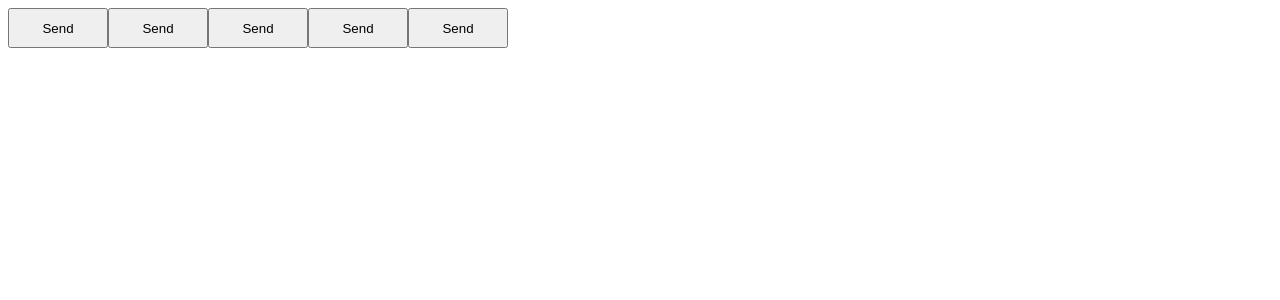
Repository: JoseGu1llardi/ignite-timer
Page: /
These files come from the project's save history. The page is drawn as it stood at one moment and after the next save; the edit follows.
The browser window is 1280 px wide. The pictures show the whole page.
The project was rebuilt for these pictures with package versions that can differ from the ones it lists, and the page was loaded fresh each time. Also part of the build but not shown: vite.config.ts.

Above is the page before, as saved 2023-03-17 11:38:18.

After the next save:
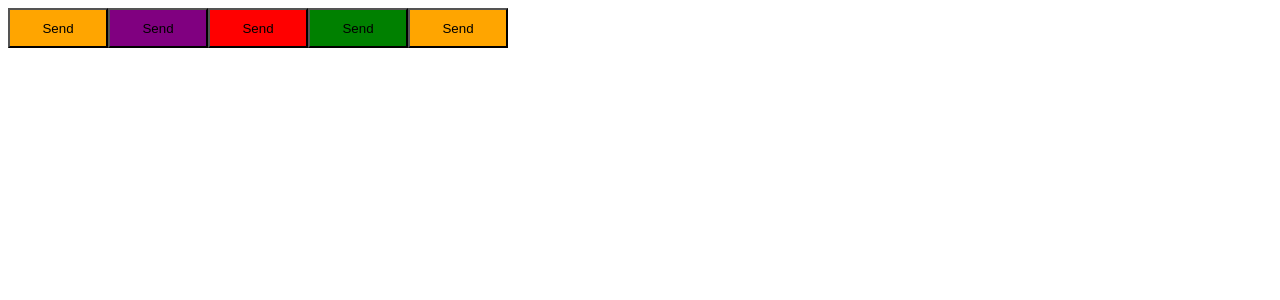
Saved 8 min 24 s later.
--- a/src/components/Button.syles.ts
+++ b/src/components/Button.syles.ts
@@ -6,7 +6,18 @@
   variant: ButonVariant;
 }
 
+const buttonVariants = {
+  primary: "orange",
+  secondary: "purple",
+  danger: "red",
+  success: "green",
+}
+
 export const ButtonContainer = styled.button<ButtonContainerProps>`
   width: 100px;
   height: 40px;
+
+  ${({ variant }) => `
+    background: ${buttonVariants[variant]}
+  ` }
 `;
